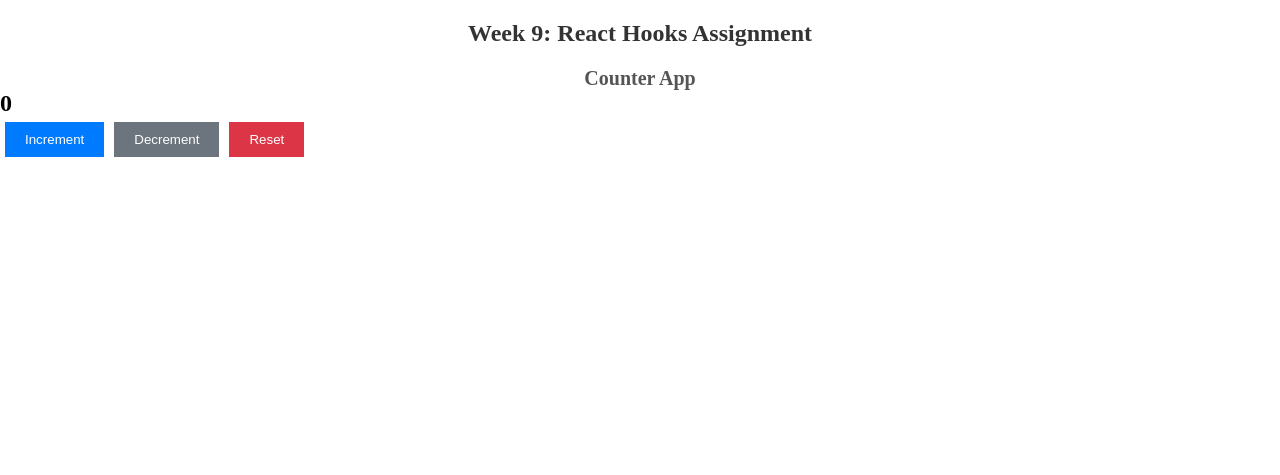
Repository: Daki-builds/REACT-HOOKS
Page: /
The author's editor kept a copy of each file at every save. The page is drawn from the files as they stood at one save, then again after the next save.
The browser window is 1280 px wide. The pictures show the whole page.
The project was rebuilt for these pictures with package versions that can differ from the ones it lists, and the page was loaded fresh each time. Also part of the build but not shown: vite.config.js, src/index.css.

Above is the page before, as saved 2026-10-28 09:45:46.

### index.html
<!doctype html>
<html lang="en">
  <head>
    <meta charset="UTF-8" />
    <link rel="icon" type="image/svg+xml" href="/favicon.svg" />
    <meta name="viewport" content="width=device-width, initial-scale=1.0" />
    <title>week9-hooks-practice</title>
  </head>
  <body>
    <div id="root"></div>
    <script type="module" src="/src/main.jsx"></script>
  </body>
</html>

### src/App.jsx
import Counter from "./components/Counter";
import "./App.css";

function App() {
  return (
    <div className="app">
      <h1 className="app-title">Week 9: React Hooks Assignment</h1>
      <Counter />
    </div>
  );
}

export default App;

### src/components/Counter.jsx
import React, { useState } from "react";

function CounterApp() {
  const [count, setCount] = useState(0);

  const increment = () => {
    setCount((Count) => Count + 1);
  };

  const decrement = () => {
    setCount((Count) => Count - 1);
  };

  const reset = () => {
    setCount(0);
  };

  return (
    <div>
      <h1 className="counter-title">Counter App</h1>
      <h2>{count}</h2>

      <div>
        <button onClick={increment} className="btn-primary">
          Increment
        </button>
        <button onClick={decrement} className=" btn-secondary">
          Decrement
        </button>
        <button onClick={reset} className="btn-danger">
          Reset
        </button>
      </div>
    </div>
  );
}

export default CounterApp;

### src/App.css
* {
  margin: 0;
  padding: 0;
}

.app-title {
  text-align: center;
  margin-top: 20px;
  font-size: 24px;
  color: #333;
}
.counter-title {
  text-align: center;
  margin-top: 20px;
  font-size: 20px;
  color: #555;
}

.btn-primary {
  background-color: #007bff;
  color: white;
  border: none;
  padding: 10px 20px;
  margin: 5px;
  cursor: pointer;
}

.btn-secondary {
  background-color: #6c757d;
  color: white;
  border: none;
  padding: 10px 20px;
  margin: 5px;
  cursor: pointer;
}
.btn-danger {
  background-color: #dc3545;
  color: white;
  border: none;
  padding: 10px 20px;
  margin: 5px;
  cursor: pointer;
}

Loaded but not shown: src/main.jsx (common file)

After the next save:
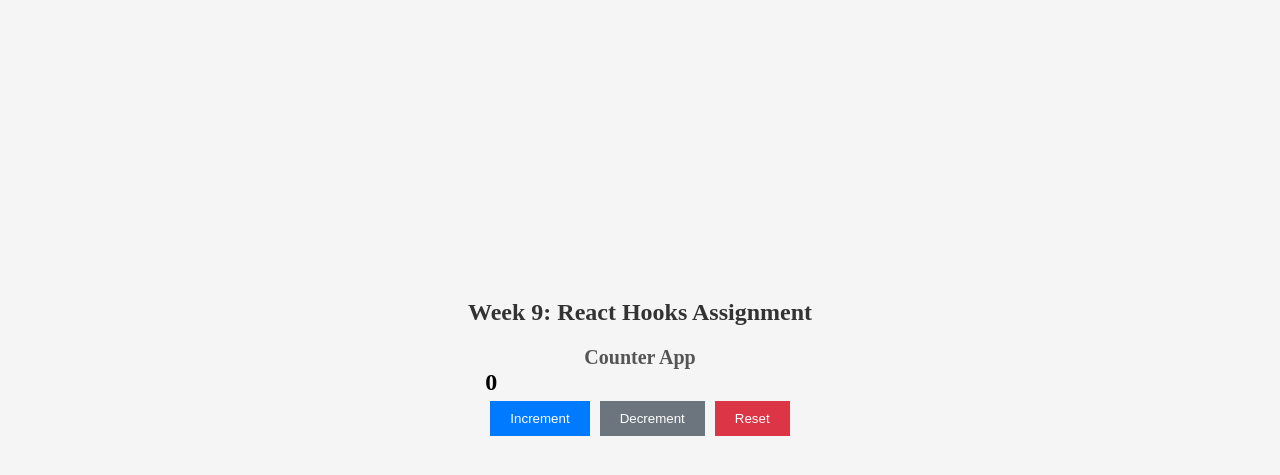
Saved 20 s later.
--- a/src/App.css
+++ b/src/App.css
@@ -1,6 +1,15 @@
 * {
   margin: 0;
   padding: 0;
+}
+
+.app {
+  display: flex;
+  flex-direction: column;
+  align-items: center;
+  justify-content: center;
+  min-height: 100vh;
+  background-color: #f5f5f5;
 }
 
 .app-title {
